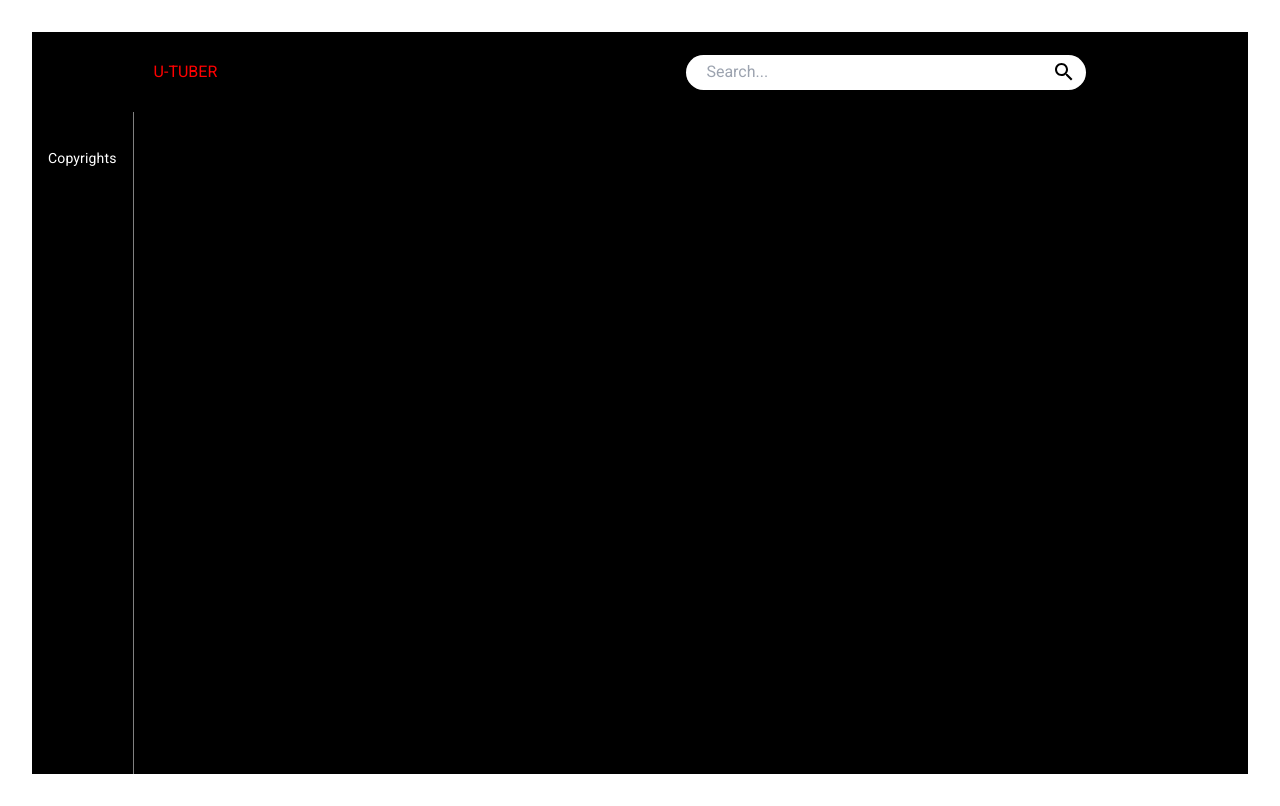
Repository: Nurlan-Bakenbaev/YoutubeClone
Page: /
These files come from the project's save history. The page is drawn as it stood at one moment and after the next save; the edit follows.
The browser window is 1280 px wide. The pictures show the whole page.
The project was rebuilt for these pictures with package versions that can differ from the ones it lists, and the page was loaded fresh each time. Also part of the build but not shown: vite.config.js, src/components/VideoDetails.jsx, src/components/SearchFeed.jsx, src/components/ChannelDetails.jsx.

Above is the page before, as saved 2023-09-06 09:38:06.

After the next save:
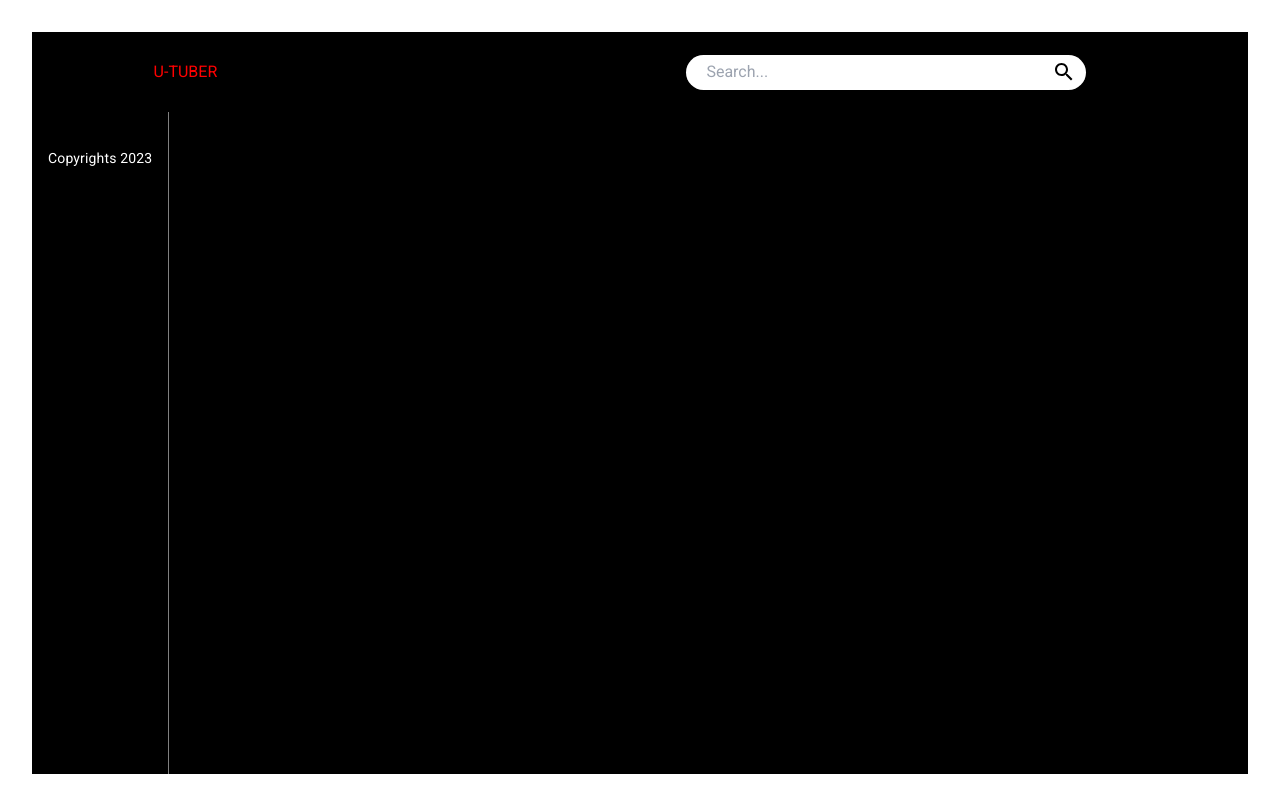
Saved 50 s later.
--- a/src/components/Feed.jsx
+++ b/src/components/Feed.jsx
@@ -18,7 +18,7 @@ const Feed = () => {
           sx={{ mt: 1.5, color: "white" }}
         >
           {" "}
-          Copyrights{" "}
+          Copyrights 2023
         </Typography>
       </Box>
     </Stack>
